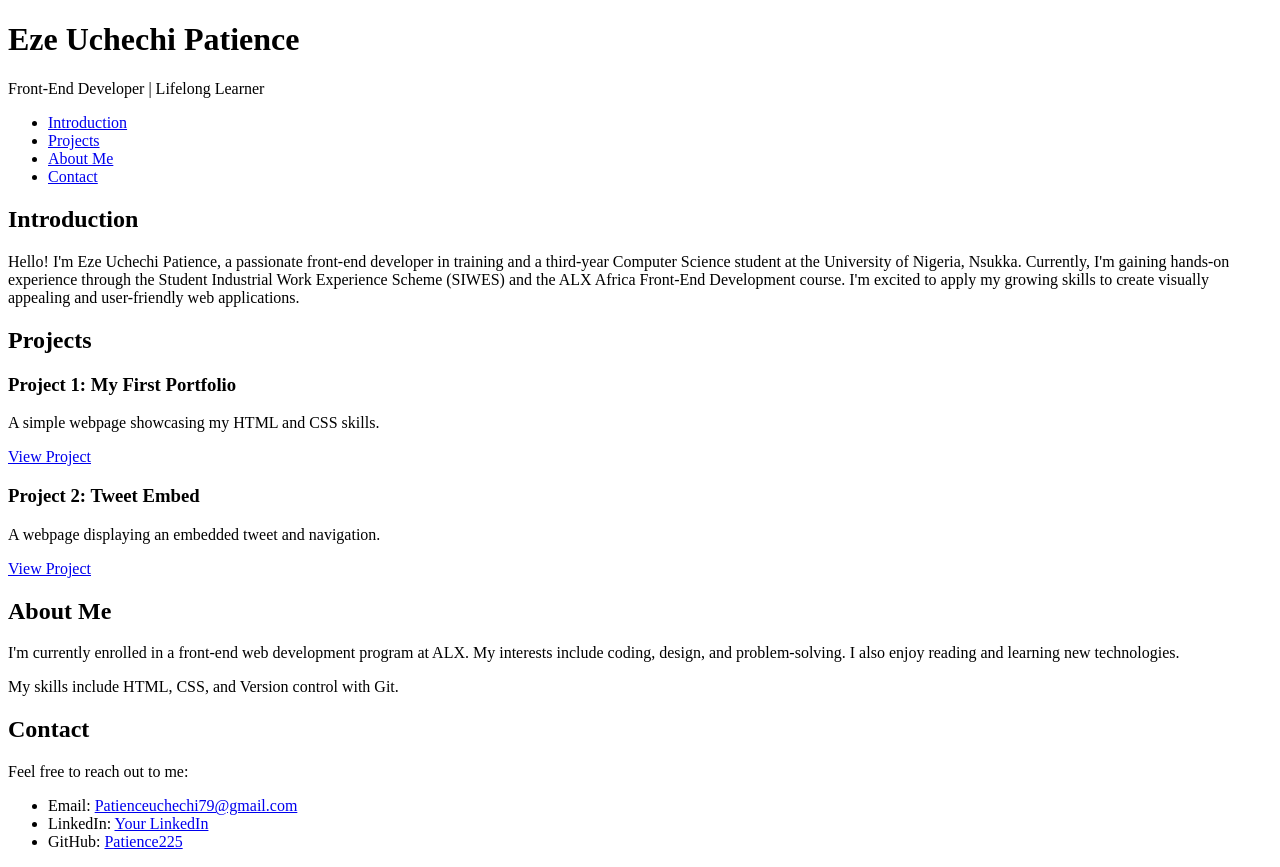
Repository: Patience225/My_First_Portfolio
Page: Portfolio/index.html
The author's editor kept a copy of each file at every save. The page is drawn from the files as they stood at one save, then again after the next save.
The browser window is 1280 px wide. The pictures show the whole page.

Above is the page before, as saved 2024-12-16 13:38:31.

After the next save:
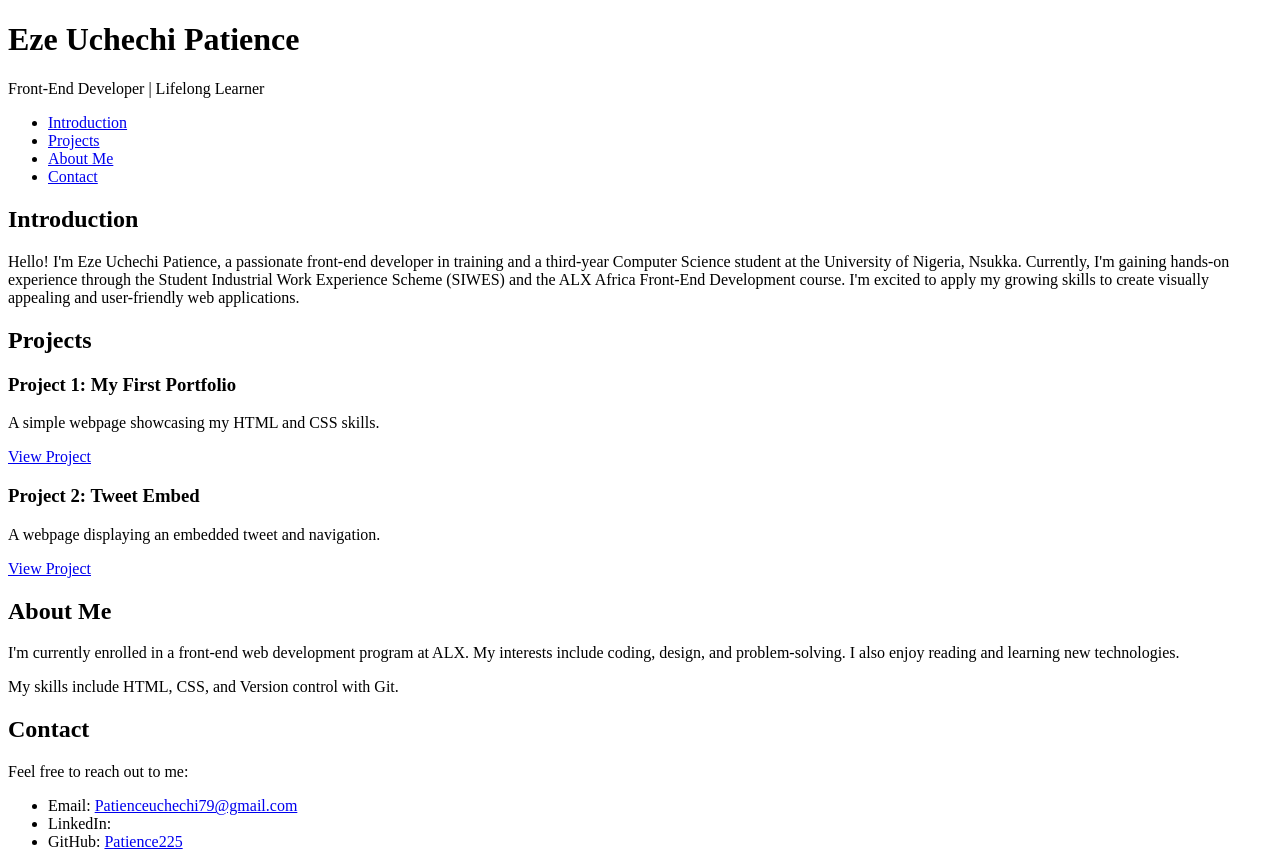
Saved 6 s later.
--- a/Portfolio/index.html
+++ b/Portfolio/index.html
@@ -44,7 +44,7 @@
     <p>Feel free to reach out to me:</p>
     <ul>
         <li>Email: <a href="mailto:Patienceuchechi79@gmail.com">Patienceuchechi79@gmail.com</a></li>
-        <li>LinkedIn: <a href="https://www.linkedin.com/in/uchechi-patience-eze/" target="_blank">Your LinkedIn</a></li>
+        <li>LinkedIn: <a href="https://www.linkedin.com/in/uchechi-patience-eze/" target="_blank"></a></li>
         <li>GitHub: <a href="https://github.com/Patience225" target="_blank">Patience225</a></li>
     </ul>
     </section>
